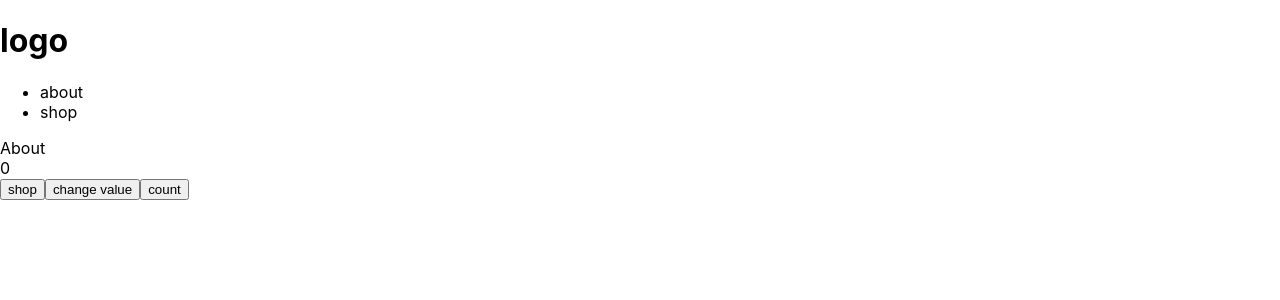
Repository: AstriaFinance/AstriaMvp
Page: /about
The author's editor kept a copy of each file at every save. The page is drawn from the files as they stood at one save, then again after the next save.
The browser window is 1280 px wide. The pictures show the whole page.
The project was rebuilt for these pictures with package versions that can differ from the ones it lists, and the page was loaded fresh each time. Also part of the build but not shown: src/components/Shop.jsx, src/components/ErrorPage.jsx.

Above is the page before, as saved 2022-06-21 01:33:43.

### src/App.js
import {Nav, Shop, About, ErrorPage} from "./components"
import {BrowserRouter as Router,Routes, Route, Link} from"react-router-dom"
function App() {
  return (
    <Router>
    <div>

      <Nav/>

      <Routes>

      <Route path="/about" element={<About/>}/>
      <Route path="/shop/:goods" element={<Shop/>}/>
      <Route path="*" element={<ErrorPage/>}/>
   </Routes>

    </div>
    </Router>
  );
}

export default App;

### src/components/index.js
export{default as About} from "./About"
export{default as Nav} from "./Nav"
export{default as Shop} from "./Shop"
export {default as ErrorPage} from "./ErrorPage"

### src/components/About.jsx
import  {React, useState} from 'react'
import { useNavigate } from 'react-router-dom'


const About = () => {
    const [name, setName]=useState("")
    const[count, setCount]= useState(0)
    let navigate=useNavigate()

  return (
    <div>About
        <div>{name}</div>
        <div>{count}</div>
        <button onClick={()=>{navigate("/shop")}}>shop</button>
        <button onClick={()=>{setName("ng")}}>change value</button>
        <button onClick={()=>{setCount(count+1)}}>count</button>
    </div>
  )
}

export default About

### src/components/Nav.jsx
import React from 'react'

const Nav = () => {
  return (
    <div>
        <h1>logo</h1>
        <ul>
            <li>about</li>
            <li>shop</li>
        </ul>
    </div>
  )
}

export default Nav

Loaded but not shown: public/index.html (common file); src/index.js (common file); src/index.css (common file); src/reportWebVitals.js (common file)

After the next save:
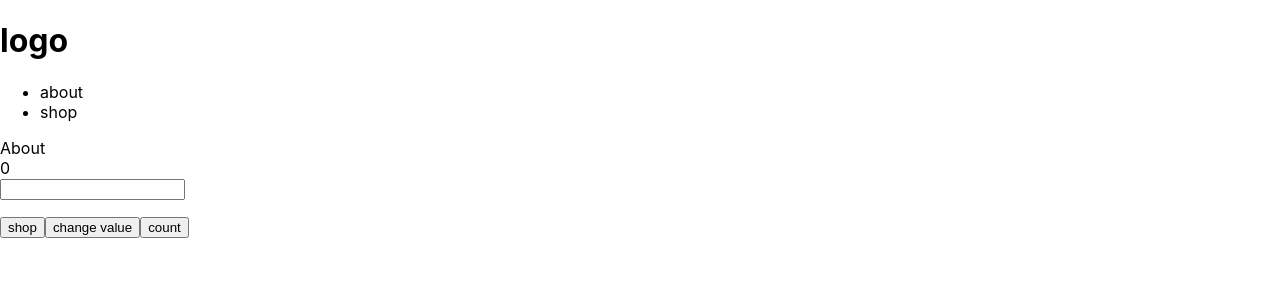
Saved 5 min 38 s later.
--- a/src/components/About.jsx
+++ b/src/components/About.jsx
@@ -5,12 +5,15 @@ import { useNavigate } from 'react-router-dom'
 const About = () => {
     const [name, setName]=useState("")
     const[count, setCount]= useState(0)
+    const [username, setUserName]=useState("")
     let navigate=useNavigate()
 
   return (
     <div>About
         <div>{name}</div>
         <div>{count}</div>
+        <input type="text" onChange={()=>{setUserName(username)}}/>
+        <p>{username}</p>
         <button onClick={()=>{navigate("/shop")}}>shop</button>
         <button onClick={()=>{setName("ng")}}>change value</button>
         <button onClick={()=>{setCount(count+1)}}>count</button>
